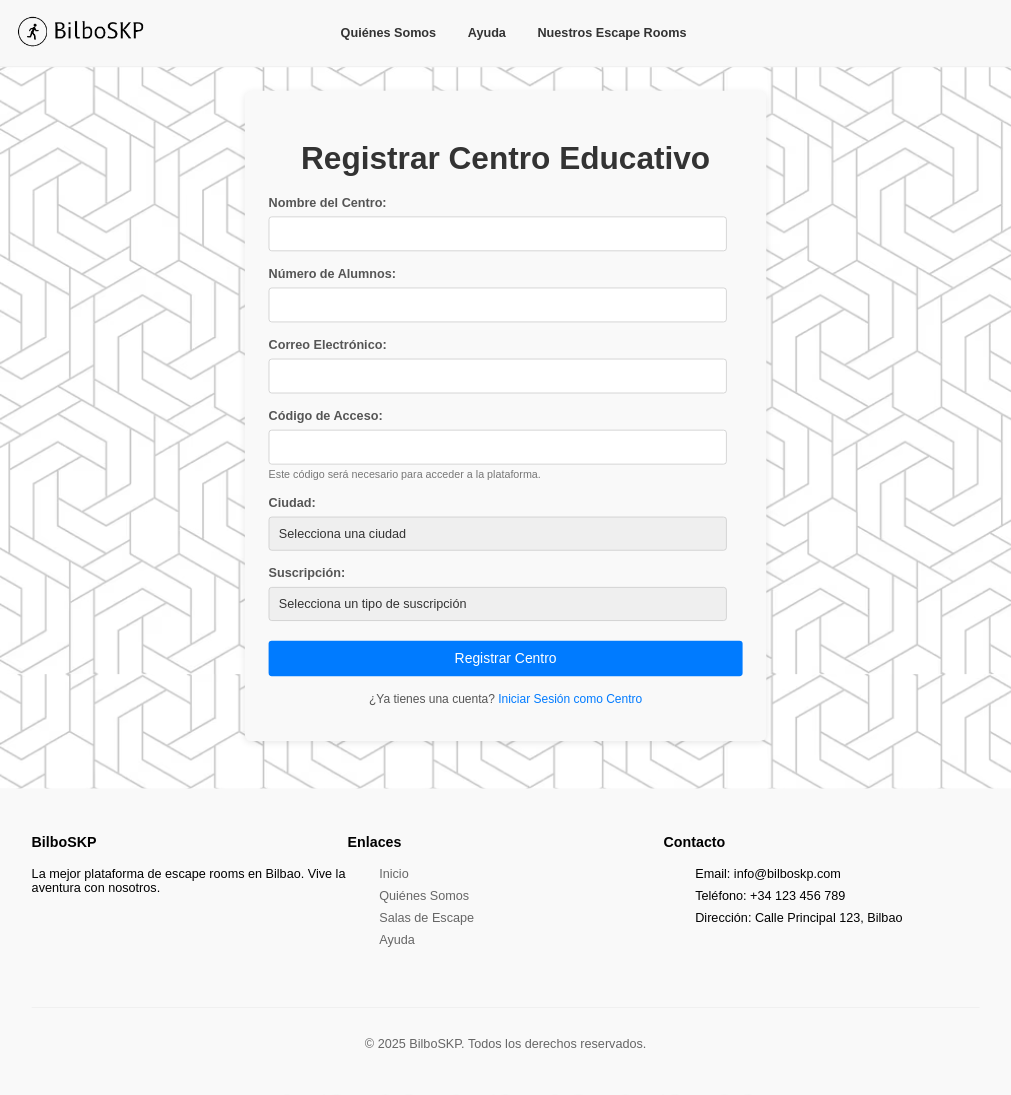
Repository: Andrew1447/Reto3-main
Page: http://localhost/bilboSKP/CentroRegistro.jsp
These files come from the project's save history. The page is drawn as it stood at one moment and after the next save; the edit follows.
The browser window is 1280 px wide. The pictures show the whole page, at 79% of full size.
Backgrounds fixed to the window are drawn as part of the page. Some web fonts or font styles are not loaded; a fallback is used. The page is served by Tomcat 9. Other server files are loaded and not shown.

Above is the page before, as saved 2025-04-27 07:53:14.

### bilboSKP/src/main/webapp/CentroRegistro.jsp
<%@ page language="java" contentType="text/html; charset=UTF-8" pageEncoding="UTF-8"%>
<!DOCTYPE html>
<html lang="es">
<head>
    <meta charset="UTF-8">
    <meta name="viewport" content="width=device-width, initial-scale=1.0">
    <title>Registrar Centro Educativo - BilboSKP</title>
    <link rel="stylesheet" href="styles/style.css">
    <link rel="preconnect" href="https://fonts.googleapis.com">
    <link rel="preconnect" href="https://fonts.gstatic.com" crossorigin>
    <link href="https://fonts.googleapis.com/css2?family=Ubuntu:ital,wght@0,300;0,400;0,500;0,700;1,300;1,400;1,500;1,700&display=swap" rel="stylesheet">
    <style>
        /* styles/registrar-centro.css */

        .form-container {
            max-width: 600px;
            margin: 30px auto;
            padding: 30px;
            background-color: #f9f9f9;
            border-radius: 8px;
            box-shadow: 0 2px 10px rgba(0, 0, 0, 0.1);
        }

        .form-title {
            font-size: 2.5em;
            color: #333;
            margin-bottom: 25px;
            text-align: center;
        }

        .form-group {
            margin-bottom: 20px;
        }

        .form-label {
            display: block;
            font-size: 1em;
            color: #555;
            margin-bottom: 8px;
            font-weight: bold;
        }

        .form-input,
        .form-select {
            width: calc(100% - 20px);
            padding: 12px;
            border: 1px solid #ccc;
            border-radius: 4px;
            font-size: 1em;
            color: #333;
            box-sizing: border-box;
        }

        .form-select {
            appearance: none; /* Quitar estilos por defecto del navegador */
            background-image: url('data:[embedded picture, 101 characters]');
            background-repeat: no-repeat;
            background-position: right 10px center;
            background-size: 16px;
        }

        .form-text {
            display: block;
            font-size: 0.85em;
            color: #777;
            margin-top: 5px;
        }

        .form-submit {
            background-color: #007bff;
            color: white;
            padding: 12px 20px;
            border: none;
            border-radius: 4px;
            font-size: 1.1em;
            cursor: pointer;
            transition: background-color 0.3s ease;
            width: 100%;
            display: block;
            margin-top: 25px;
        }

        .form-submit:hover {
            background-color: #0056b3;
        }

        .form-navigation {
            margin-top: 20px;
            text-align: center;
            font-size: 0.95em;
            color: #555;
        }

        .form-navigation a {
            color: #007bff;
            text-decoration: none;
        }

        .form-navigation a:hover {
            text-decoration: underline;
        }

        .error-message {
            background-color: #ffe0e0;
            color: #ff0000;
            border: 1px solid #ff0000;
            padding: 10px;
            margin-top: 20px;
            border-radius: 4px;
            text-align: center;
        }

        .success-message {
    background-color: #e0ffe0;
    color: #008000;
    border: 1px solid #008000;
    padding: 10px;
    margin-bottom: 20px;
    border-radius: 4px;
    text-align: center;
}
    </style>
</head>
<body>
    <header>
        <div class="logo-container">
            <a href="Index.jsp"><img src="img/bilboskp-high-resolution-logo-removebg-preview.png" alt="BilboSKP Logo"></a>
        </div>
        <nav>
            <a href="QuienesSomos.jsp">Quiénes Somos</a>
            <a href="Ayuda.jsp">Ayuda</a>
            <a href="EscapeRooms.jsp">Nuestros Escape Rooms</a>
        </nav>
    </header>

    <main>
        <div class="form-container">
            <h2 class="form-title">Registrar Centro Educativo</h2>
            <form action="ProcesarRegistroCentroServlet" method="post">
                <div class="form-group">
                    <label for="nombre_centro" class="form-label">Nombre del Centro:</label>
                    <input type="text" id="nombre_centro" name="nombre_centro" class="form-input" required>
                </div>

                <div class="form-group">
                    <label for="num_alumnos" class="form-label">Número de Alumnos:</label>
                    <input type="number" id="num_alumnos" name="num_alumnos" class="form-input" min="1" required>
                </div>

                <div class="form-group">
                    <label for="correo" class="form-label">Correo Electrónico:</label>
                    <input type="email" id="correo" name="correo" class="form-input" required>
                </div>

                <div class="form-group">
                    <label for="cod_acceso" class="form-label">Código de Acceso:</label>
                    <input type="text" id="cod_acceso" name="cod_acceso" class="form-input" required>
                    <small class="form-text">Este código será necesario para acceder a la plataforma.</small>
                </div>

                <div class="form-group">
                    <label for="id_ciudad" class="form-label">Ciudad:</label>
                    <select id="id_ciudad" name="id_ciudad" class="form-select" required>
                        <option value="" disabled selected>Selecciona una ciudad</option>
                        <option value="1">Madrid</option>
                        <option value="2">Bilbao</option>
                        <option value="3">Barcelona</option>
                    </select>
                </div>

                <div class="form-group">
                    <label for="id_suscripcion" class="form-label">Suscripción:</label>
                    <select id="id_suscripcion" name="id_suscripcion" class="form-select" required>
                        <option value="" disabled selected>Selecciona un tipo de suscripción</option>
                        <option value="1">Básica</option>
                        <option value="2">Premium</option>
                    </select>
                </div>

                <button type="submit" class="form-submit">Registrar Centro</button>
            </form>
            <div class="form-navigation">
                <p>¿Ya tienes una cuenta? <a href="login_centro.jsp">Iniciar Sesión como Centro</a></p>
            </div>
        </div>
    </main>

    <footer>
        <div class="container">
            <div class="footer-content">
                <div class="footer-column">
                    <h3>BilboSKP</h3>
                    <p>La mejor plataforma de escape rooms en Bilbao. Vive la aventura con nosotros.</p>
                </div>
                <div class="footer-column">
                    <h3>Enlaces</h3>
                    <ul>
                        <li><a href="Index.jsp">Inicio</a></li>
                        <li><a href="QuienesSomos.jsp">Quiénes Somos</a></li>
                        <li><a href="EscapeRooms.jsp">Salas de Escape</a></li>
                        <li><a href="Ayuda.jsp">Ayuda</a></li>
                    </ul>
                </div>
                <div class="footer-column">
                    <h3>Contacto</h3>
                    <ul>
                        <li>Email: info@bilboskp.com</li>
                        <li>Teléfono: +34 123 456 789</li>
                        <li>Dirección: Calle Principal 123, Bilbao</li>
                    </ul>
                </div>
            </div>
            <div class="footer-bottom">
                <p>&copy; 2025 BilboSKP. Todos los derechos reservados.</p>
            </div>
        </div>
    </footer>
</body>
</html>

### bilboSKP/src/main/webapp/styles/style.css
body {
    font-family: "Ubuntu", sans-serif;
    font-weight: 500;
    font-style: normal;
    background-color: #f4f7fa;
    margin: 0;
    padding: 0;
    background-image: url('../img/fondod.png');
    background-repeat: no-repeat;
    background-size: cover;
    background-position: center;
    background-attachment: fixed; /* Esto asegura que el fondo permanezca fijo */
}

header {
    display: grid;
    grid-template-columns: 1fr auto 1fr;
    align-items: center;
    padding: 15px 20px;
    background-color: #f8f8f8;
    border-bottom: 1px solid #eee;
}

header > a:first-child {
    justify-self: start;
}

header a img {
    max-height: 50px;
}

header nav {
    grid-column: 2;
    display: flex;
    justify-content: center;
    gap: 20px; /* Equal spacing between links */
}

header nav a {
    text-decoration: none;
    color: #333;
    margin-left: 20px;
    font-weight: bold;
}

header nav a:hover {
    color: #4386ce;
}

header button {
    background-color: #4386ce;
    color: white;
    border: none;
    padding: 10px 15px;
    border-radius: 5px;
    cursor: pointer;
    margin-left: 10px;
    font-weight: bold;
}

header button:hover {
    background-color: #437cb8;
}


body{
  font-family: "Ubuntu", sans-serif;
  font-weight: 500;
  font-style: normal;
  background-repeat: no-repeat;
  background-size: cover;
  background-attachment: fixed;
}

.botones {
    grid-column: 3;
    justify-self: end;
}

.registrarse{
    background-color: #ffff;
    color: #4386ce;
    font-weight: bold;
}
.registrarse:hover{
    background-color: #cfcfcf;
    color: #4386ce;
    font-weight: bold;
}


.container {
            max-width: 1200px;
            margin: 0 auto;
            padding: 0 20px;
            width: 100%;
        }

        section {
            padding: 60px 0;
        }

        .section-title {
            text-align: center;
            margin-bottom: 40px;
            font-size: 32px;
            color: #333;
        }

        .section-subtitle {
            text-align: center;
            margin-bottom: 30px;
            font-size: 18px;
            color: #666;
            max-width: 800px;
            margin-left: auto;
            margin-right: auto;
        }



.carousel-container {
            position: relative;
            max-width: 100%;
            margin: 0 auto;
            overflow: hidden;
            border-radius: 8px;
            height: 500px;
        }

        .carousel {
            display: flex;
            width: 300%;
            height: 100%;
            transition: transform 0.5s ease-in-out;
        }

        .carousel-item {
            width: 33.33%;
            height: 100%;
            position: relative;
        }

        .carousel-img {
            width: 100%;
            height: 100%;
            object-fit: cover;
        }

        .carousel-caption {
            position: absolute;
            bottom: 0;
            left: 0;
            right: 0;
            background-color: rgba(0, 0, 0, 0.6);
            color: white;
            padding: 20px;
            text-align: center;
        }

        .carousel-caption h2 {
            font-size: 24px;
            margin-bottom: 10px;
        }

        .carousel-nav {
            position: absolute;
            bottom: 20px;
            left: 0;
            right: 0;
            display: flex;
            justify-content: center;
            gap: 10px;
        }

        .carousel-dot {
            width: 12px;
            height: 12px;
            border-radius: 50%;
            background-color: rgba(255, 255, 255, 0.5);
            cursor: pointer;
        }

        .carousel-dot.active {
            background-color: white;
        }

        .carousel-prev, .carousel-next {
            position: absolute;
            top: 50%;
            transform: translateY(-50%);
            background-color: rgba(255, 255, 255, 0.5);
            color: #333;
            border: none;
            width: 40px;
            height: 40px;
            border-radius: 50%;
            font-size: 18px;
            cursor: pointer;
            display: flex;
            align-items: center;
            justify-content: center;
        }

        .carousel-prev {
            left: 20px;
        }

        .carousel-next {
            right: 20px;
        }

        /* About section */
        .about-content {
            display: flex;
            gap: 40px;
            align-items: center;
            margin-bottom: 40px;
        }

        .about-text {
            flex: 1;
        }

        .about-image {
            flex: 1;
            border-radius: 8px;
            overflow: hidden;
        }

        .about-image img {
            width: 100%;
            height: auto;
            display: block;
        }

        /* Features section */
        .features {
            display: grid;
            grid-template-columns: repeat(3, 1fr);
            gap: 30px;
            margin-top: 40px;
        }

        .feature-card {
            text-align: center;
            padding: 30px;
            border-radius: 8px;
            box-shadow: 0 5px 15px rgba(0, 0, 0, 0.05);
            transition: transform 0.3s ease;
        }

        .feature-card:hover {
            transform: translateY(-10px);
        }

        .feature-icon {
            font-size: 40px;
            margin-bottom: 20px;
            color: #4285F4;
        }

        /* Footer */
        footer {
            background-color: #f9f9f9;
            padding: 40px 0;
            margin-top: 60px;
        }

        .footer-content {
            display: flex;
            justify-content: space-between;
            flex-wrap: wrap;
        }

        .footer-column {
            flex: 1;
            min-width: 200px;
            margin-bottom: 20px;
        }

        .footer-column h3 {
            margin-bottom: 20px;
            font-size: 18px;
        }

        .footer-column ul {
            list-style: none;
        }

        .footer-column ul li {
            margin-bottom: 10px;
        }

        .footer-column ul li a {
            text-decoration: none;
            color: #666;
        }

        .footer-bottom {
            text-align: center;
            margin-top: 40px;
            padding-top: 20px;
            border-top: 1px solid #eee;
            color: #666;
        }

        /* Responsive */
        @media (max-width: 768px) {
            header {
                flex-direction: column;
                gap: 15px;
            }

            nav ul {
                margin: 15px 0;
                flex-wrap: wrap;
                justify-content: center;
            }

            .about-content {
                flex-direction: column;
            }

            .features {
                grid-template-columns: 1fr;
            }

            .carousel-container {
                height: 300px;
            }
        }




.rooms-container {
    display: flex;
    flex-wrap: wrap;
    gap: 50px;
    justify-content: center;
    margin-top: 30px;
}

.room-card {
    width: 500px;
    text-align: center;
    border: outset;

}

.room-image {
    width: 100%;
    height: 200px;
    background-color: #e0e0e0;
    margin-bottom: 15px;
    display: flex;
    align-items: center;
    justify-content: center;
    color: white;
    font-weight: bold;
    position: relative;
    overflow: hidden;
}

.room-image::before {
    content: "";
    position: absolute;
    top: 0;
    left: 0;
    width: 100%;
    height: 100%;
    background: linear-gradient(45deg, rgba(0,0,0,0.1) 0%, rgba(0,0,0,0.3) 100%);
}

.room-title {
    font-size: 18px;
    margin-bottom: 10px;
}

.enlace-btn {
    background-color: #4386ce;
    color: white;
    border: none;
    padding: 10px 25px;
    border-radius: 15px;
    cursor: pointer;
    font-weight: bold;
    margin-top: 20px;
    display: inline-block;
    text-decoration: none;
    margin-bottom: 2rem;
}

.botones {
    grid-column: 3;
    justify-self: end;
}

After the next save:
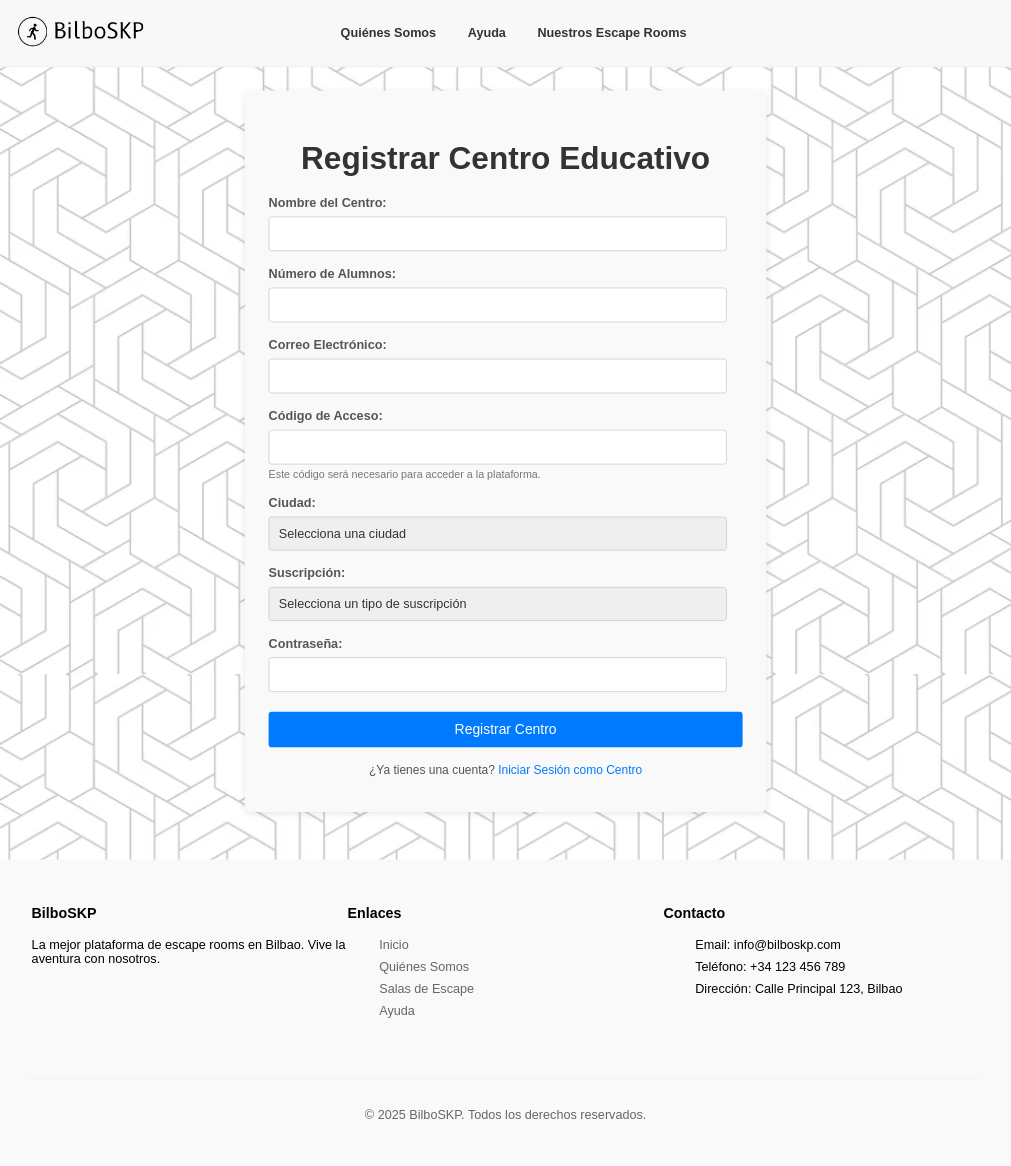
Saved 102 s later.
--- a/bilboSKP/src/main/webapp/CentroRegistro.jsp
+++ b/bilboSKP/src/main/webapp/CentroRegistro.jsp
@@ -111,14 +111,14 @@
         }
 
         .success-message {
-    background-color: #e0ffe0;
-    color: #008000;
-    border: 1px solid #008000;
-    padding: 10px;
-    margin-bottom: 20px;
-    border-radius: 4px;
-    text-align: center;
-}
+            background-color: #e0ffe0;
+            color: #008000;
+            border: 1px solid #008000;
+            padding: 10px;
+            margin-bottom: 20px;
+            border-radius: 4px;
+            text-align: center;
+        }
     </style>
 </head>
 <body>
@@ -137,6 +137,16 @@
         <div class="form-container">
             <h2 class="form-title">Registrar Centro Educativo</h2>
             <form action="ProcesarRegistroCentroServlet" method="post">
+                <%
+                    String error = (String) request.getAttribute("error");
+                    if (error != null && !error.isEmpty()) {
+                %>
+                    <div class="error-message">
+                        <%= error %>
+                    </div>
+                <%
+                    }
+                %>
                 <div class="form-group">
                     <label for="nombre_centro" class="form-label">Nombre del Centro:</label>
                     <input type="text" id="nombre_centro" name="nombre_centro" class="form-input" required>
@@ -175,6 +185,11 @@
                         <option value="1">Básica</option>
                         <option value="2">Premium</option>
                     </select>
+                </div>
+
+                <div class="form-group">
+                    <label for="password" class="form-label">Contraseña:</label>
+                    <input type="password" id="password" name="password" class="form-input" required>
                 </div>
 
                 <button type="submit" class="form-submit">Registrar Centro</button>

After the save that followed:
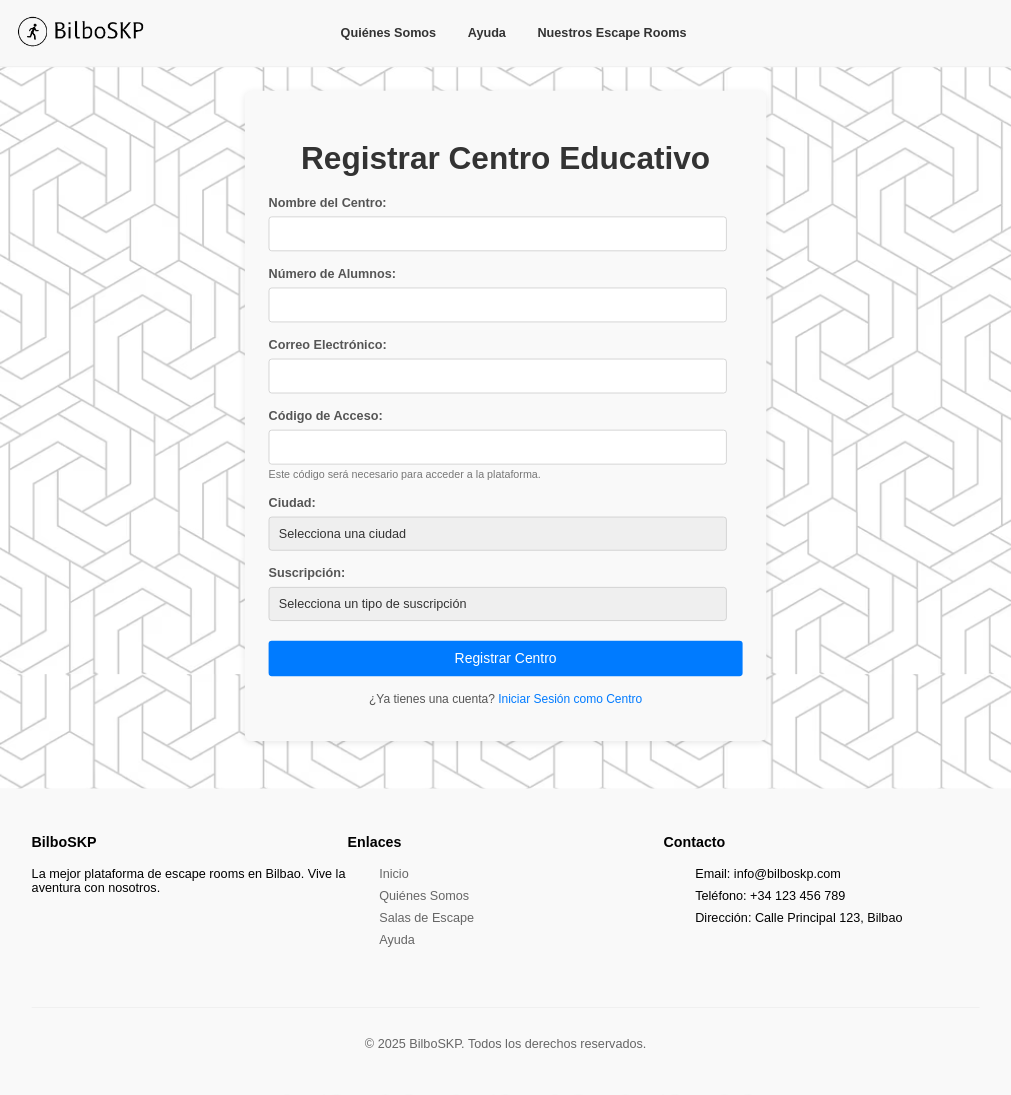
Saved 93 s later.
--- a/bilboSKP/src/main/webapp/CentroRegistro.jsp
+++ b/bilboSKP/src/main/webapp/CentroRegistro.jsp
@@ -187,11 +187,6 @@
                     </select>
                 </div>
 
-                <div class="form-group">
-                    <label for="password" class="form-label">Contraseña:</label>
-                    <input type="password" id="password" name="password" class="form-input" required>
-                </div>
-
                 <button type="submit" class="form-submit">Registrar Centro</button>
             </form>
             <div class="form-navigation">
